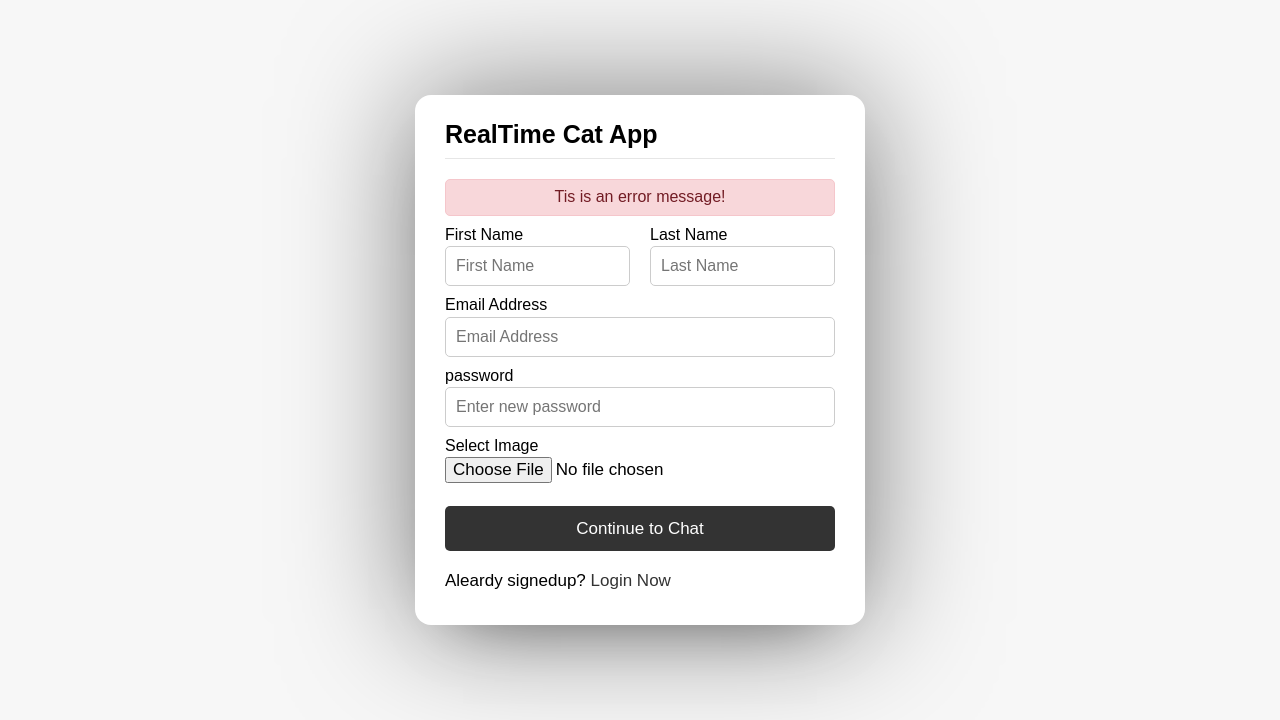
Repository: OmarEssameldinMousa/Chat-Application
Page: login.html
These files come from the project's save history. The page is drawn as it stood at one moment and after the next save; the edit follows.
The browser window is 1280 px wide. The pictures show the whole page.

Above is the page before, as saved 2023-09-21 09:53:20.

### login.html
<!DOCTYPE html>
<html lang="en">

<head>
    <meta charset="UTF-8">
    <meta name="viewport" content="width=device-width, initial-scale=1.0">
    <title>Realtime Chat App</title>
    <link rel="stylesheet" href="css/normalize.css">
    <link rel="stylesheet" href="css/all.min.css">
    <link rel="stylesheet" href="css/style.css">
</head>

<body>
    <div class="wrapper">
        <section class="form signup">
            <header>RealTime Cat App</header>
            <form action="#">
                <div class="error-txt">Tis is an error message!</div>
                <div class="name-details">

                    <div class="field input">
                        <label for="">First Name</label>
                        <input type="text" placeholder="First Name">
                    </div>

                    <div class="field input">
                        <label for="">Last Name</label>
                        <input type="text" placeholder="Last Name">
                    </div>
                </div>

                <div class="field input">
                    <label for="">Email Address</label>
                    <input type="text" placeholder="Email Address">
                </div>
                <div class="field input">
                    <label for="">password</label>
                    <input type="text" placeholder="Enter new password">
                </div>
                <div class="field image">
                    <label for="">Select Image</label>
                    <input type="file">
                </div>
                <div class="field button">
                    <input type="submit" value="Continue to Chat">
                </div>
            </form>
            <div class="link">Aleardy signedup? <a href="">Login Now</a></div>
        </section>
    </div>
</body>

</html>

### css/style.css
* {
    margin: 0;
    padding: 0;
    box-sizing: border-box;
    text-decoration: none;
    font-family: 'Poppins', sans-serif;
}


body {
    display: flex;
    align-items: center;
    justify-content: center;
    min-height: 100vh;
    background: #f7f7f7;
}

.wrapper {
    background: #fff;
    width: 450px;
    border-radius: 16px;
    box-shadow: 0 0 128px 0 rgba(0, 0, 0, 0.5), 0 32px 64px -48px rgba(0, 0, 0, 0.5);
}

/* Signup Form*/
.form {
    padding: 25px 30px;
}

.form header {
    font-size: 25px;
    font-weight: 600;
    padding-bottom: 10px;
    border-bottom: 1px solid #e6e6e6;
}

.form form {
    margin: 20px 0;
}

.form form .error-txt {
    color: #721c24;
    background: #f8d7da;
    padding: 8px 10px;
    text-align: center;
    border-radius: 5px;
    margin-bottom: 10px;
    border: 1px solid #f5c6cb
}

.form form .name-details {
    display: flex;
}

form .name-details .field:first-child {
    margin-right: 10px;
}

form .name-details .field:last-child {
    margin-left: 10px;
}

.form form .field {
    display: flex;
    flex-direction: column;
    margin-bottom: 10px;
}

.form form .field label {
    margin-bottom: 2px;
}


.form form .input input {
    outline: none;
}


.form form .input input {
    height: 40px;
    width: 100%;
    font-size: 16px;
    padding: 0 10px;
    border: 1px solid #ccc;
    border-radius: 5px;
}

.form form .image input {
    font-size: 17px;
}

.form form .button input {
    margin-top: 13px;
    height: 45px;
    border: none;
    font-size: 17px;
    font-weight: 500px;
    background: #333;
    color: #fff;
    border-radius: 5px;
    cursor: pointer;
}

.form .link {
    text-align: cetner;
    margin: 10px 0;
    font-size: 17px;
}

.form .link a {
    color: #333;
}

.form .link a:hover {
    text-decoration: underline;
}

Loaded but not shown: css/normalize.css (library); css/all.min.css (library)

After the next save:
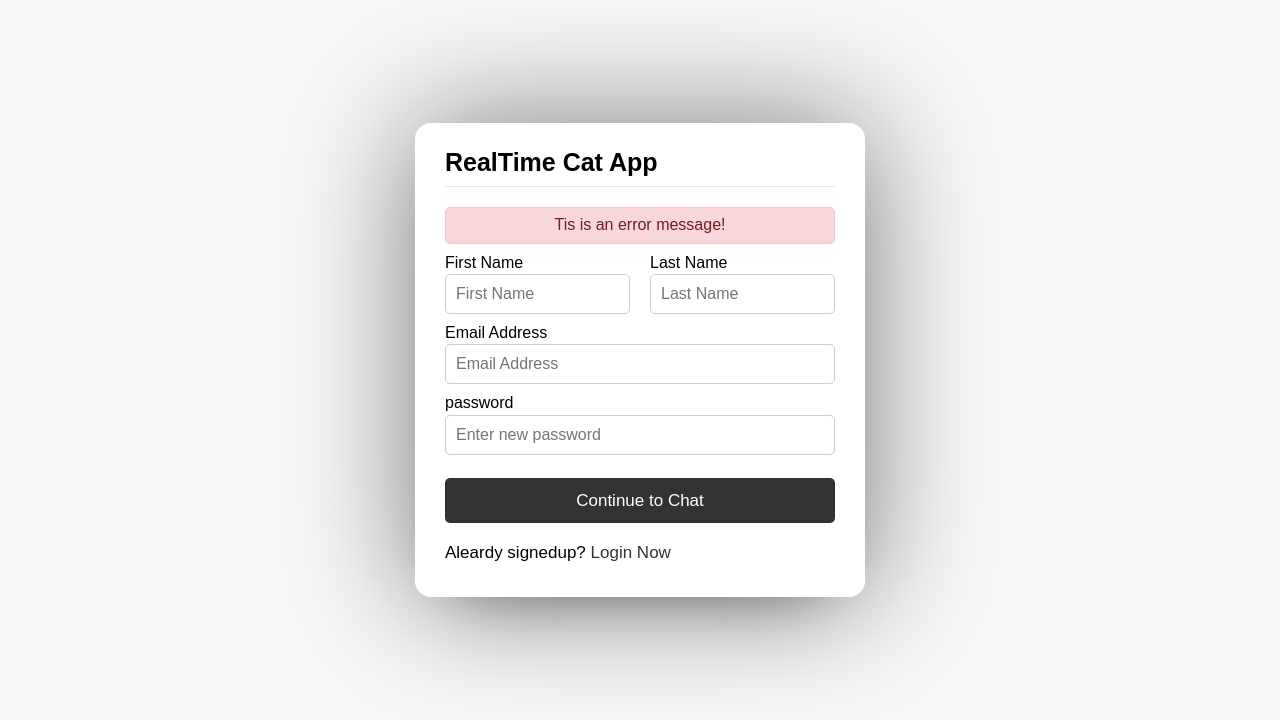
Saved 8 min 19 s later.
--- a/login.html
+++ b/login.html
@@ -37,10 +37,7 @@
                     <label for="">password</label>
                     <input type="text" placeholder="Enter new password">
                 </div>
-                <div class="field image">
-                    <label for="">Select Image</label>
-                    <input type="file">
-                </div>
+
                 <div class="field button">
                     <input type="submit" value="Continue to Chat">
                 </div>
